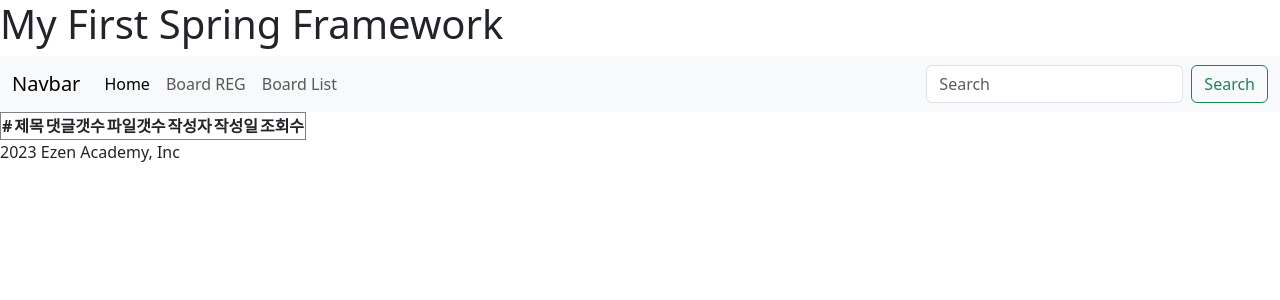
Repository: dfhdfhdfsza/springFinal
Page: http://localhost/springFinal/WEB-INF/views/board/list.jsp
These files come from the project's save history. The page is drawn as it stood at one moment and after the next save; the edit follows.
The browser window is 1280 px wide. The pictures show the whole page.
The page is served by Tomcat 9. Nobody is signed in. Other server files are loaded and not shown. The template is opened directly, without the code that normally fills it, so the values that code supplies are empty.

Above is the page before, as saved 2023-10-18 11:04:06.

### springFinal/src/main/webapp/WEB-INF/views/board/list.jsp
<%@ page language="java" contentType="text/html; charset=UTF-8"
	pageEncoding="UTF-8"%>
	<%@ taglib prefix="c" uri="http://java.sun.com/jsp/jstl/core" %>
<!DOCTYPE html>
<html>
<head>
<meta charset="UTF-8">
<title>Insert title here</title>
</head>
<body>
	<jsp:include page="../common/header.jsp"></jsp:include>
	<jsp:include page="../common/nav.jsp"></jsp:include>

	<table border="1" style="text-align: center">
		<thead>
			<tr>
				<th scope="col">#</th>
				<th scope="col">제목</th>
				<th scope="col">댓글갯수</th>
				<th scope="col">파일갯수</th>
				<th scope="col">작성자</th>
				<th scope="col">작성일</th>
				<th scope="col">조회수</th>
			</tr>
		</thead>
		<tbody>
			<c:forEach items="${list}" var="bvo">
				<tr>
					<td>${bvo.bno }</td>
					<td><a href="/board/detail?bno=${bvo.bno}">${bvo.title}</a></td>
					<td>${bvo.cmtQty}</td>
					<td>${bvo.hasFile}</td>
					<td>${bvo.writer}</td>
					<td>${bvo.regAt }</td>
					<td>${bvo.readCount }</td>
				</tr>
			</c:forEach>
		</tbody>

	</table>

	<jsp:include page="../common/footer.jsp"></jsp:include>
</body>
</html>

### springFinal/src/main/webapp/WEB-INF/views/common/header.jsp
<%@ page language="java" contentType="text/html; charset=UTF-8"
    pageEncoding="UTF-8"%>
    <%@ taglib prefix="c" uri="http://java.sun.com/jsp/jstl/core" %>
<!DOCTYPE html>
<html>
<head>
<meta charset="UTF-8">
<title>Insert title here</title>
<link href="https://cdn.jsdelivr.net/npm/bootstrap@5.3.1/dist/css/bootstrap.min.css" rel="stylesheet" integrity="sha384-4bw+/aepP/YC94hEpVNVgiZdgIC5+VKNBQNGCHeKRQN+PtmoHDEXuppvnDJzQIu9" crossorigin="anonymous">
<script src="https://cdn.jsdelivr.net/npm/bootstrap@5.3.1/dist/js/bootstrap.bundle.min.js" integrity="sha384-HwwvtgBNo3bZJJLYd8oVXjrBZt8cqVSpeBNS5n7C8IVInixGAoxmnlMuBnhbgrkm" crossorigin="anonymous"></script>
</head>
<body>
	<h1>My First Spring Framework</h1>

</body>
</html>

### springFinal/src/main/webapp/WEB-INF/views/common/nav.jsp
<%@ page language="java" contentType="text/html; charset=UTF-8"
	pageEncoding="UTF-8"%>
<!DOCTYPE html>
<html>
<head>
<meta charset="UTF-8">
<title>Insert title here</title>
</head>
<body>
	<nav class="navbar navbar-expand-lg bg-body-tertiary">
		<div class="container-fluid">
			<a class="navbar-brand" href="#">Navbar</a>
			<button class="navbar-toggler" type="button"
				data-bs-toggle="collapse" data-bs-target="#navbarSupportedContent"
				aria-controls="navbarSupportedContent" aria-expanded="false"
				aria-label="Toggle navigation">
				<span class="navbar-toggler-icon"></span>
			</button>
			<div class="collapse navbar-collapse" id="navbarSupportedContent">
				<ul class="navbar-nav me-auto mb-2 mb-lg-0">
					<li class="nav-item"><a class="nav-link active" aria-current="page" href="/">Home</a></li>
					<li class="nav-item"><a class="nav-link" href="/board/register">Board REG</a></li>
					<li class="nav-item"><a class="nav-link" href="/board/list">Board List</a></li>
				</ul>
				<form class="d-flex" role="search">
					<input class="form-control me-2" type="search" placeholder="Search"
						aria-label="Search">
					<button class="btn btn-outline-success" type="submit">Search</button>
				</form>
			</div>
		</div>
	</nav>
</body>
</html>

### springFinal/src/main/webapp/WEB-INF/views/common/footer.jsp
<%@ page language="java" contentType="text/html; charset=UTF-8"
    pageEncoding="UTF-8"%>
<!DOCTYPE html>
<html>
<head>
<meta charset="UTF-8">
<title>Insert title here</title>
</head>
<body>
	<p>2023 Ezen Academy, Inc</p>
</body>
</html>

After the next save:
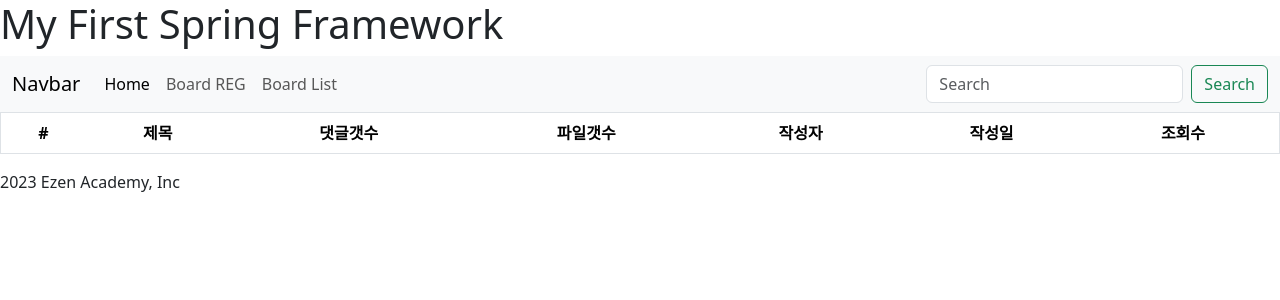
Saved 11 s later.
--- a/springFinal/src/main/webapp/WEB-INF/views/board/list.jsp
+++ b/springFinal/src/main/webapp/WEB-INF/views/board/list.jsp
@@ -11,7 +11,7 @@
 	<jsp:include page="../common/header.jsp"></jsp:include>
 	<jsp:include page="../common/nav.jsp"></jsp:include>
 
-	<table border="1" style="text-align: center">
+	<table border="1" style="text-align: center" class="table">
 		<thead>
 			<tr>
 				<th scope="col">#</th>
